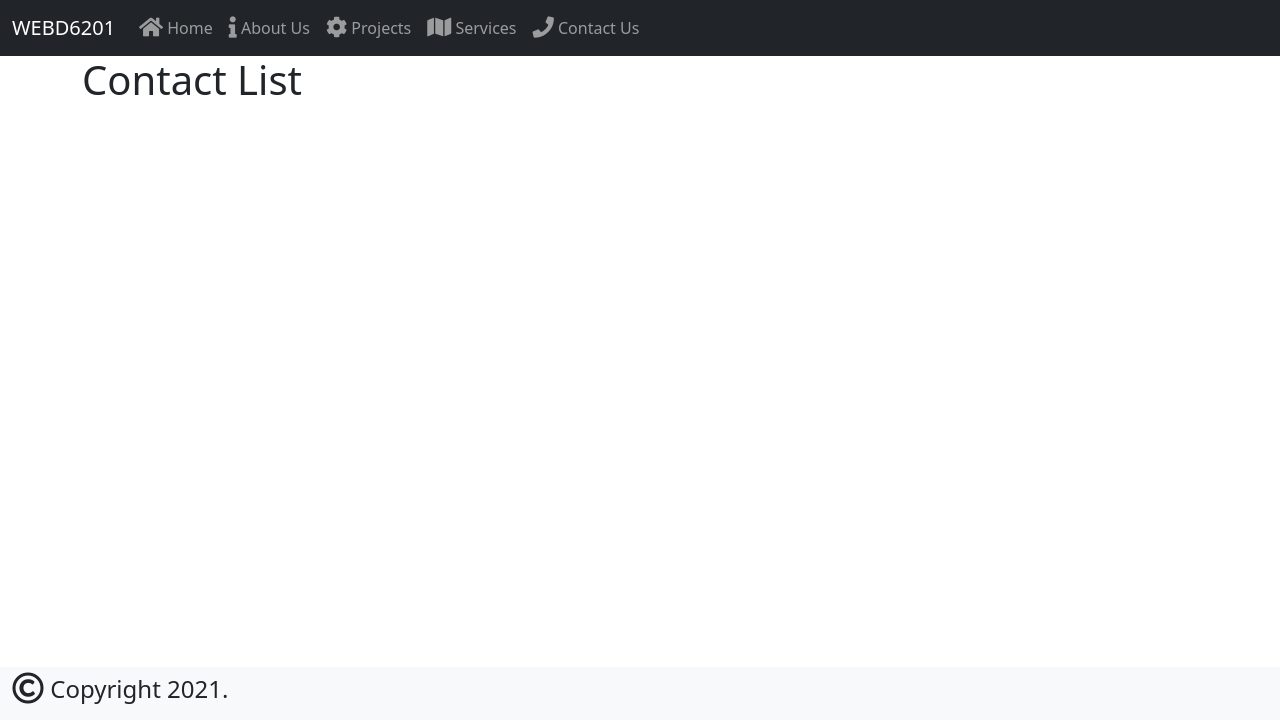
Repository: CKM206/WEBD6201-W2021-ICE2
Page: contact-list.html
These files come from the project's save history. The page is drawn as it stood at one moment and after the next save; the edit follows.
The browser window is 1280 px wide. The pictures show the whole page.

Above is the page before, as saved 2021-01-28 09:36:35.

After the next save:
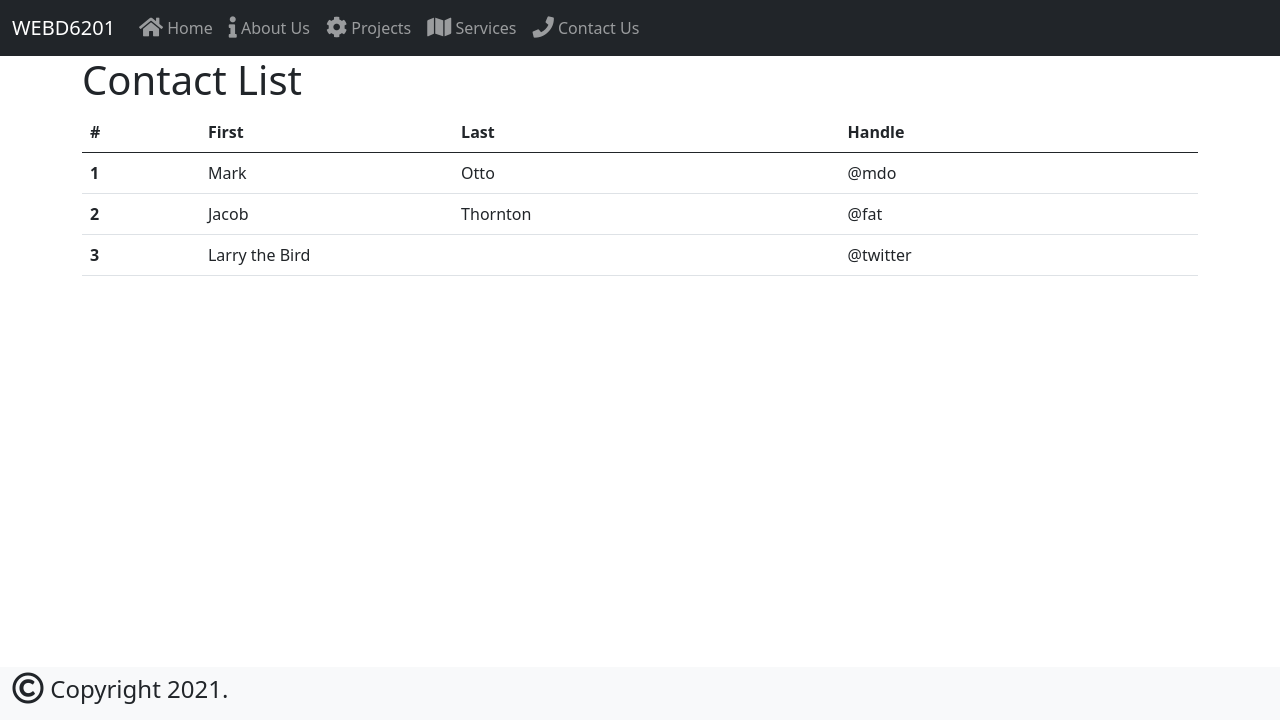
Saved 65 s later.
--- a/contact-list.html
+++ b/contact-list.html
@@ -49,7 +49,35 @@
     <!-- Main Content -->
     <main class="container">
         <h1>Contact List</h1>
-        <div id="messageArea"></div>
+        <table class="table">
+            <thead>
+              <tr>
+                <th scope="col">#</th>
+                <th scope="col">First</th>
+                <th scope="col">Last</th>
+                <th scope="col">Handle</th>
+              </tr>
+            </thead>
+            <tbody>
+              <tr>
+                <th scope="row">1</th>
+                <td>Mark</td>
+                <td>Otto</td>
+                <td>@mdo</td>
+              </tr>
+              <tr>
+                <th scope="row">2</th>
+                <td>Jacob</td>
+                <td>Thornton</td>
+                <td>@fat</td>
+              </tr>
+              <tr>
+                <th scope="row">3</th>
+                <td colspan="2">Larry the Bird</td>
+                <td>@twitter</td>
+              </tr>
+            </tbody>
+          </table>
 
 
 
